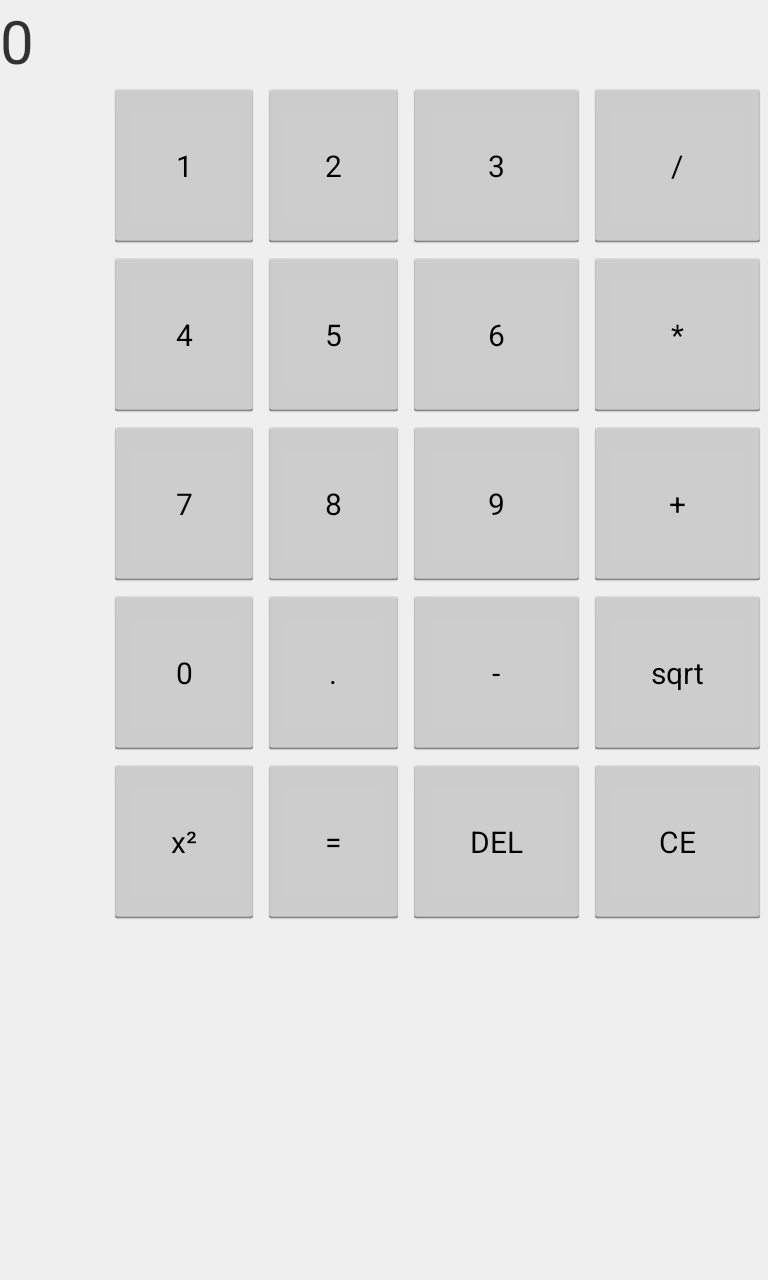
Repository: mariofer82/Calculadora
Layout: Aplicacion1/res/layout/activity_main.xml
The author's editor kept a copy of each file at every save. The layout is drawn from the files as they stood at one save, then again after the next save.
It is drawn on a 768 x 1280 px phone screen (xhdpi) without system bars, with theme AppTheme; the app's code is not run.

Above is the layout before, as saved 2013-08-23 16:44:23.

### Aplicacion1/res/layout/activity_main.xml


    <LinearLayout xmlns:android="http://schemas.android.com/apk/res/android"
android:orientation="vertical"
android:layout_width="fill_parent"
android:layout_height="fill_parent"
android:background="#1111"
>

<TextView
android:id="@+id/Resultado"
android:textSize="30sp"
android:layout_width="fill_parent"
android:layout_height="wrap_content"
android:text="0"
/>

<TableLayout xmlns:android="http://schemas.android.com/apk/res/android"
android:layout_width="fill_parent"
android:layout_height="fill_parent"
android:stretchColumns="1"
>
<TableRow>
<Button
android:layout_column="4"
android:id="@+id/Boton1"
android:layout_width="wrap_content"
android:layout_height="wrap_content"
android:text="1"
android:textSize="15dp"
android:padding="32dp"
>
</Button>
<Button
android:layout_column="4"
android:id="@+id/Boton2"
android:layout_width="wrap_content"
android:layout_height="wrap_content"
android:text="2"
android:textSize="15dp"
android:padding="32dp"
>


</Button>
<Button
android:layout_column="4"
android:id="@+id/Boton3"
android:layout_width="wrap_content"
android:layout_height="wrap_content"
android:text="3"
android:textSize="15dp"
android:padding="32dp"

>

</Button>
<Button
android:layout_column="4"
android:id="@+id/Botondiv"
android:layout_width="wrap_content"
android:layout_height="wrap_content"
android:text="/"
android:textSize="15dp"
android:padding="32dp"
>

</Button>
</TableRow>
<TableRow>
<Button
android:layout_column="4"
android:id="@+id/Boton4"
android:layout_width="wrap_content"
android:layout_height="wrap_content"
android:text="4"
android:textSize="15dp"
android:padding="32dp"

>

</Button>
<Button
android:layout_column="4"
android:id="@+id/Boton5"
android:layout_width="wrap_content"
android:layout_height="wrap_content"
android:text="5"
android:textSize="15dp"
android:padding="32dp"

>

</Button>
<Button
android:layout_column="4"
android:id="@+id/Boton6"
android:layout_width="wrap_content"
android:layout_height="wrap_content"
android:text="6"
android:textSize="15dp"
android:padding="32dp"

>

</Button>
<Button
android:layout_column="4"
android:id="@+id/Botonmulti"
android:layout_width="wrap_content"
android:layout_height="wrap_content"
android:text="*"
android:textSize="15dp"
android:padding="32dp"

>

</Button>
</TableRow>
<TableRow>
<Button
android:layout_column="4"
android:id="@+id/Boton7"
android:layout_width="wrap_content"
android:layout_height="wrap_content"
android:text="7"

android:textSize="15dp"
android:padding="32dp"
>

</Button>

<Button
android:layout_column="4"
android:id="@+id/Boton8"
android:layout_width="wrap_content"
android:layout_height="wrap_content"
android:text="8"
android:textSize="15dp"
android:padding="32dp"

>

</Button>
<Button
android:layout_column="4"
android:id="@+id/Boton9"
android:layout_width="wrap_content"
android:layout_height="wrap_content"
android:text="9"
android:textSize="15dp"
android:padding="32dp"

>

</Button>
<Button
android:layout_column="4"
android:id="@+id/Botonsuma"
android:layout_width="wrap_content"
android:layout_height="wrap_content"
android:text="+"
android:textSize="15dp"
android:padding="32dp"
>

</Button>
</TableRow>
<TableRow>
<Button
android:layout_column="4"
android:id="@+id/Boton0"
android:layout_width="wrap_content"
android:layout_height="wrap_content"
android:text="0"
android:textSize="15dp"
android:padding="32dp"
>

</Button>
<Button
android:layout_column="4"
android:id="@+id/Botonpunto"
android:layout_width="wrap_content"
android:layout_height="wrap_content"
android:text="."
android:textSize="15dp"
android:padding="32dp"
>

</Button>
<Button
android:layout_column="4"
android:id="@+id/Botonresta"
android:layout_width="wrap_content"
android:layout_height="wrap_content"
android:text="-"
android:textSize="15dp"
android:padding="32dp"
>

</Button>
<Button
android:layout_column="4"
android:id="@+id/Botonsqrt"
android:layout_width="wrap_content"
android:layout_height="wrap_content"
android:text="sqrt"
android:textSize="15dp"
android:padding="32dp"
>

</Button>
</TableRow>







<TableRow>


<Button
android:layout_column="4"
android:id="@+id/Botonexp"
android:layout_width="wrap_content"
android:layout_height="wrap_content"
android:text="x²"
android:textSize="15dp"
android:padding="32dp"
>

</Button>
<Button
android:layout_column="4"
android:id="@+id/Botonigual"
android:layout_width="wrap_content"
android:layout_height="wrap_content"
android:text="="
android:textSize="15dp"
android:padding="32dp"
>

</Button>

<Button
android:layout_column="4"
android:id="@+id/DEL"
android:layout_width="wrap_content"
android:layout_height="wrap_content"
android:text="DEL"

android:textSize="15dp"
android:padding="32dp"
>

</Button>
<Button
android:layout_column="4"
android:id="@+id/CE"
android:layout_width="wrap_content"
android:layout_height="wrap_content"
android:text="CE"


android:textSize="15dp"
android:padding="32dp"
>

</Button>
</TableRow>
</TableLayout>
</LinearLayout>

Loaded but not shown: Aplicacion1/res/values/styles.xml (common file); Aplicacion1/res/values-v11/styles.xml (common file); Aplicacion1/res/values-v14/styles.xml (common file)

After the next save:
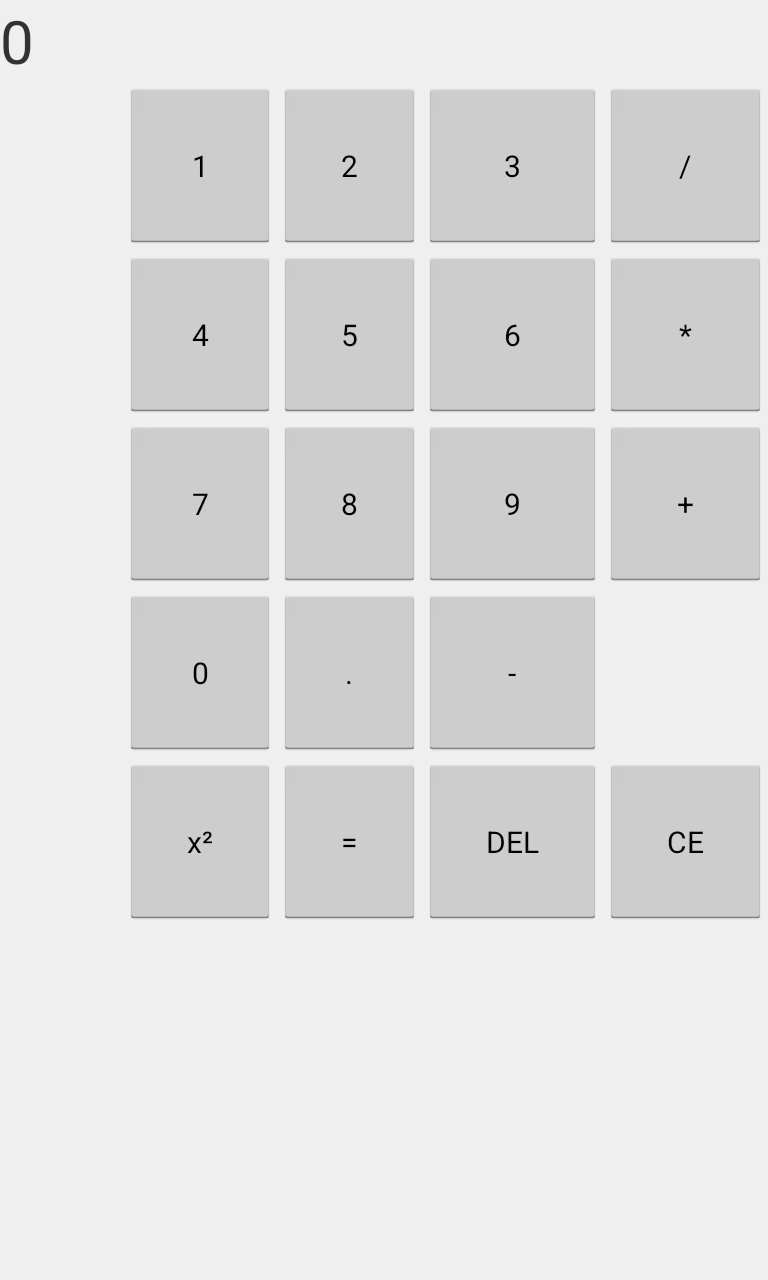
Saved 2 min 2 s later.
--- a/Aplicacion1/res/layout/activity_main.xml
+++ b/Aplicacion1/res/layout/activity_main.xml
@@ -201,17 +201,7 @@
 >
 
 </Button>
-<Button
-android:layout_column="4"
-android:id="@+id/Botonsqrt"
-android:layout_width="wrap_content"
-android:layout_height="wrap_content"
-android:text="sqrt"
-android:textSize="15dp"
-android:padding="32dp"
->
-
-</Button>
+
 </TableRow>
 
 
